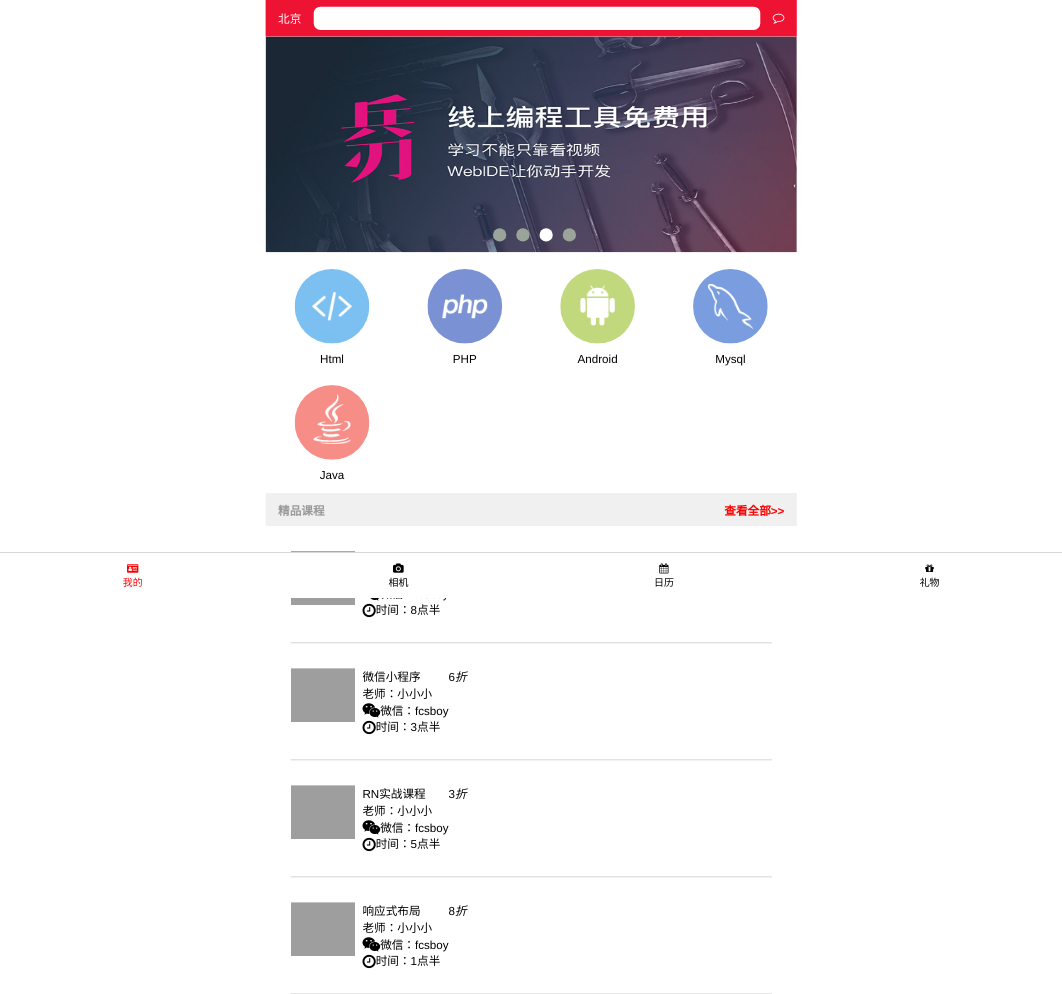
Repository: zhenzhen-gong/flextContent
Page: index.html
The author's editor kept a copy of each file at every save. The page is drawn from the files as they stood at one save, then again after the next save.
The browser window is 1280 px wide. The pictures show the whole page, at 83% of full size.
Pictures or frames that could not be fetched are drawn as grey boxes.

Above is the page before, as saved 2020-06-19 10:36:03.

After the next save:
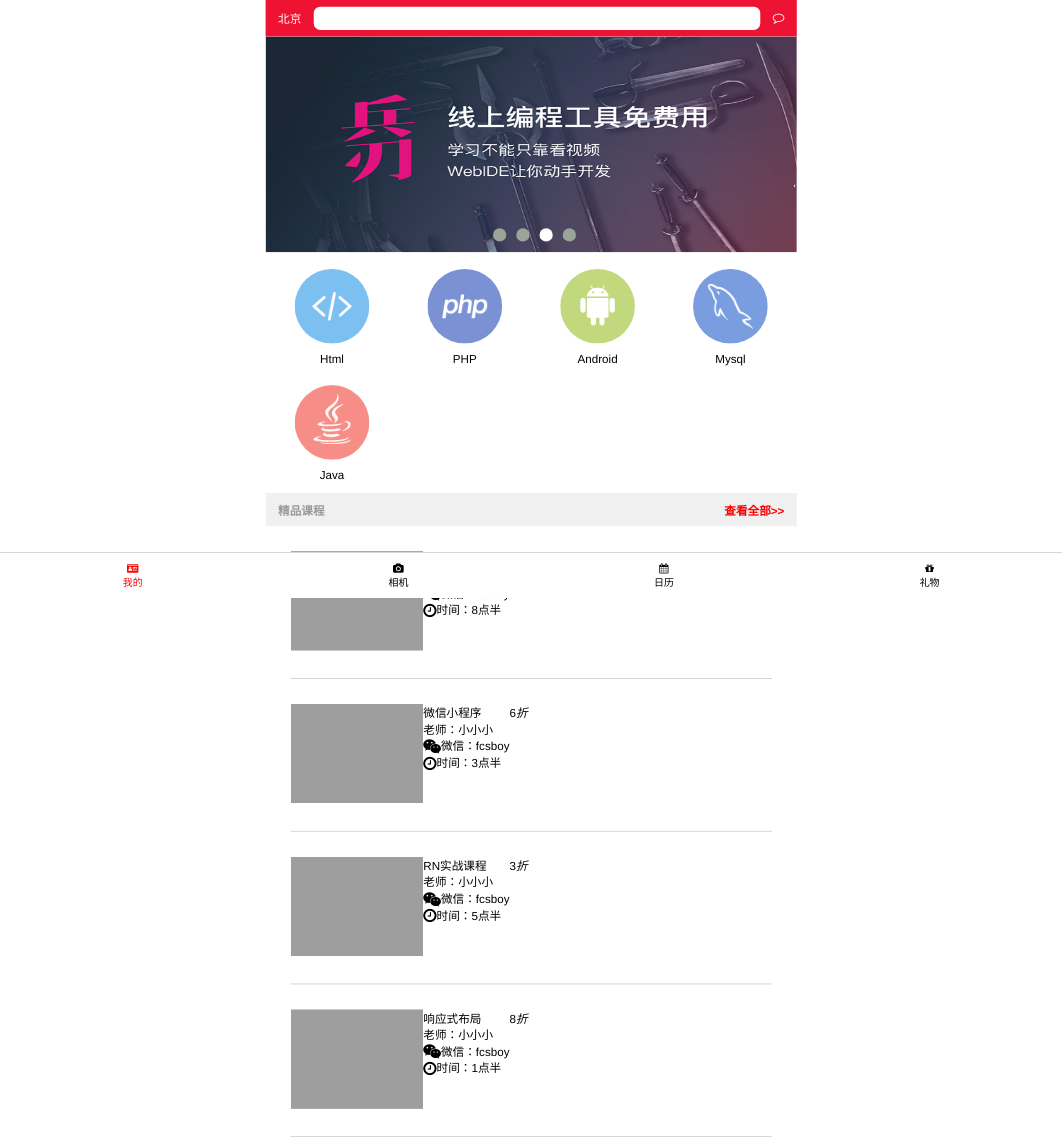
Saved 24 s later.
--- a/css/style.css
+++ b/css/style.css
@@ -137,8 +137,8 @@
     border-bottom: 1px solid #cccccc;
 }
 section>div.items>div.item>div.item_left>img{
-    width: 90%;
-    height: 65px;
+    width: 160px;
+    height: 120px;
 }
 
 /* 页脚部分 */
